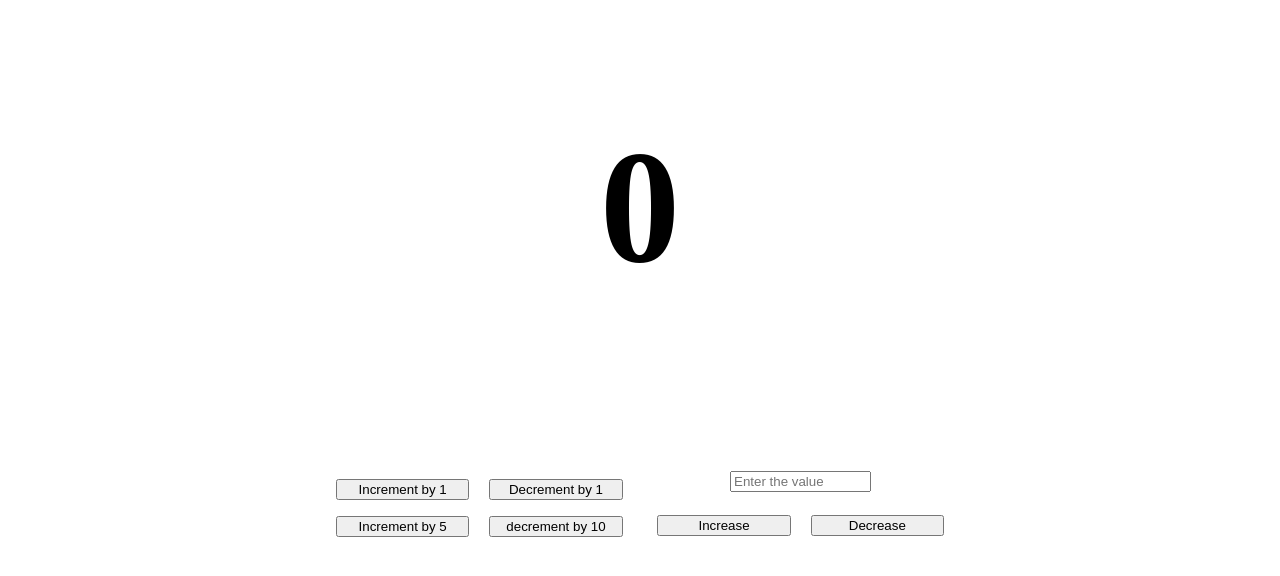
Repository: drumsmanku/micro-project-2
Page: index.html
The author's editor kept a copy of each file at every save. The page is drawn from the files as they stood at one save, then again after the next save.
The browser window is 1280 px wide. The pictures show the whole page.
The pointer rests on the first visible `button`.

Above is the page before, as saved 2023-04-07 20:51:48.

### index.html
<!DOCTYPE html>
<html lang="en">
<head>
  <meta charset="UTF-8">
  <meta http-equiv="X-UA-Compatible" content="IE=edge">
  <meta name="viewport" content="width=device-width, initial-scale=1.0">
  <link rel="stylesheet" href="style.css">
  <title>micro Project 2</title>
</head>
<body>
  <div class="my-elements">
    <h1 id="h1-tag">0</h1>
    <div class="second-part">
      <div class="second-first-part">
        <div class="just-1">
          <button id="clicked-1" onclick="inc_by_1()">Increment by 1</button>
          <button id="clicked-2" onclick="dec_by_1()">Decrement by 1</button>
        </div>
        <div class="just-2">
          <button id="clicked-3" onclick="inc_by_5()">Increment by 5</button>
          <button id="clicked-4" onclick="dec_by_10()">decrement by 10</button>
        </div>

      </div>
      <div class="second-second-part">
        <input type="number" name="num" id="num" placeholder="Enter the value">
        <div class="inc">
          <button id="inc-dec-1" onclick="increase()">Increase</button>
          <button id="inc-dec-2" onclick="decrease()">Decrease</button>
        </div>

      </div>

    </div>
  </div>
  <script src="script.js"></script>
</body>
</html>

### style.css
.my-elements{
  display: flex;
  justify-content: center;
  text-align: center;
  flex-direction: column;
}
.my-elements h1{
  font-size: 10rem;
}

.second-part{
  display: flex;

  flex-wrap: wrap;
  margin-top: 4rem;
  justify-content: space-between;
}

.second-first-part{
  display: flex;
  flex-direction: column;
  margin-left: 20rem;

}

.second-first-part button{
  width: 10em;
  margin: 0.5rem;
}

.second-second-part{
  display: flex;
  flex-direction: column;
  margin-right: 20rem;
  align-items: center;
}

.second-second-part button{
  width: 10em;
  margin: 0.5rem;
}
.second-second-part input{
  width: 10em;
  margin-bottom: 15px;
}

### script.js
var num;
var vall;

function getNumber(){
  num=Number(document.getElementById('h1-tag').innerHTML);
}
function getval(){
  vall=Number(document.getElementById('num').value);
}

function inc_by_1(){
  getNumber();
  num=num+Number(1);
  document.getElementById('h1-tag').innerHTML=num;
}
function inc_by_5(){
  getNumber();
  num=num+Number(5);
  document.getElementById('h1-tag').innerHTML=num;
}

function dec_by_1(){
  getNumber();
  num=num-Number(1);
  document.getElementById('h1-tag').innerHTML=num;
}
function dec_by_10(){
  getNumber();
  num=num-Number(10);
  document.getElementById('h1-tag').innerHTML=num;
}

function increase(){
  getval();
  getNumber();
  num=num+vall;
  document.getElementById('h1-tag').innerHTML=num;
}
function decrease(){
  getval();
  getNumber();
  num=num-vall;
  document.getElementById('h1-tag').innerHTML=num;
}

After the next save:
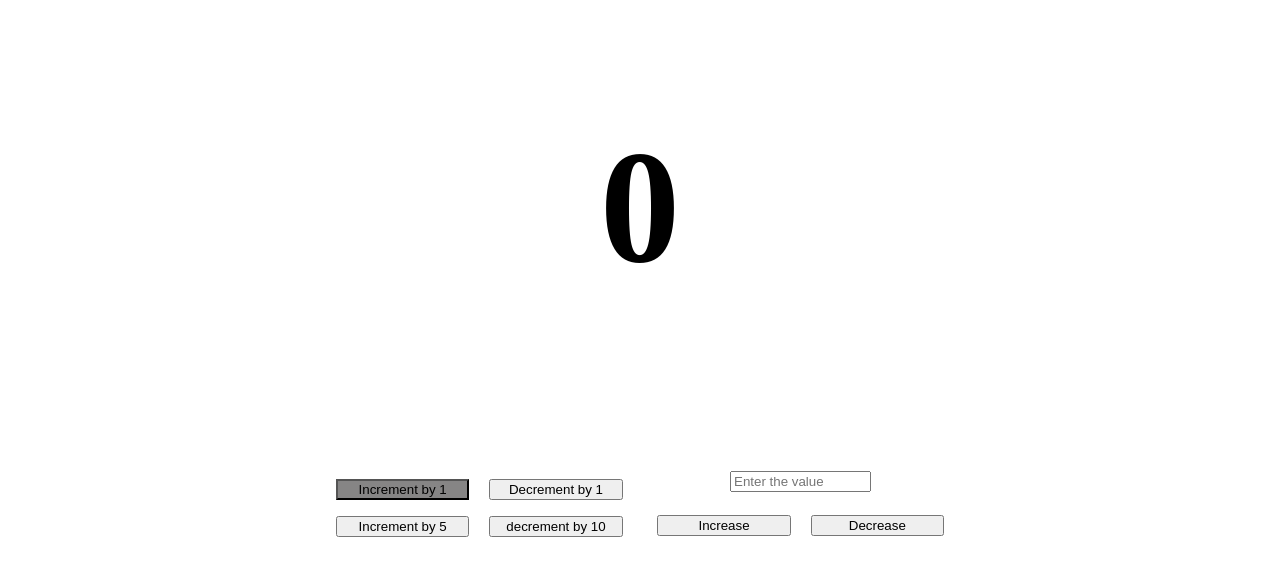
Saved 63 s later.
--- a/style.css
+++ b/style.css
@@ -43,3 +43,7 @@
   width: 10em;
   margin-bottom: 15px;
 }
+
+button:hover{
+  background-color: rgb(134, 133, 133);
+}
